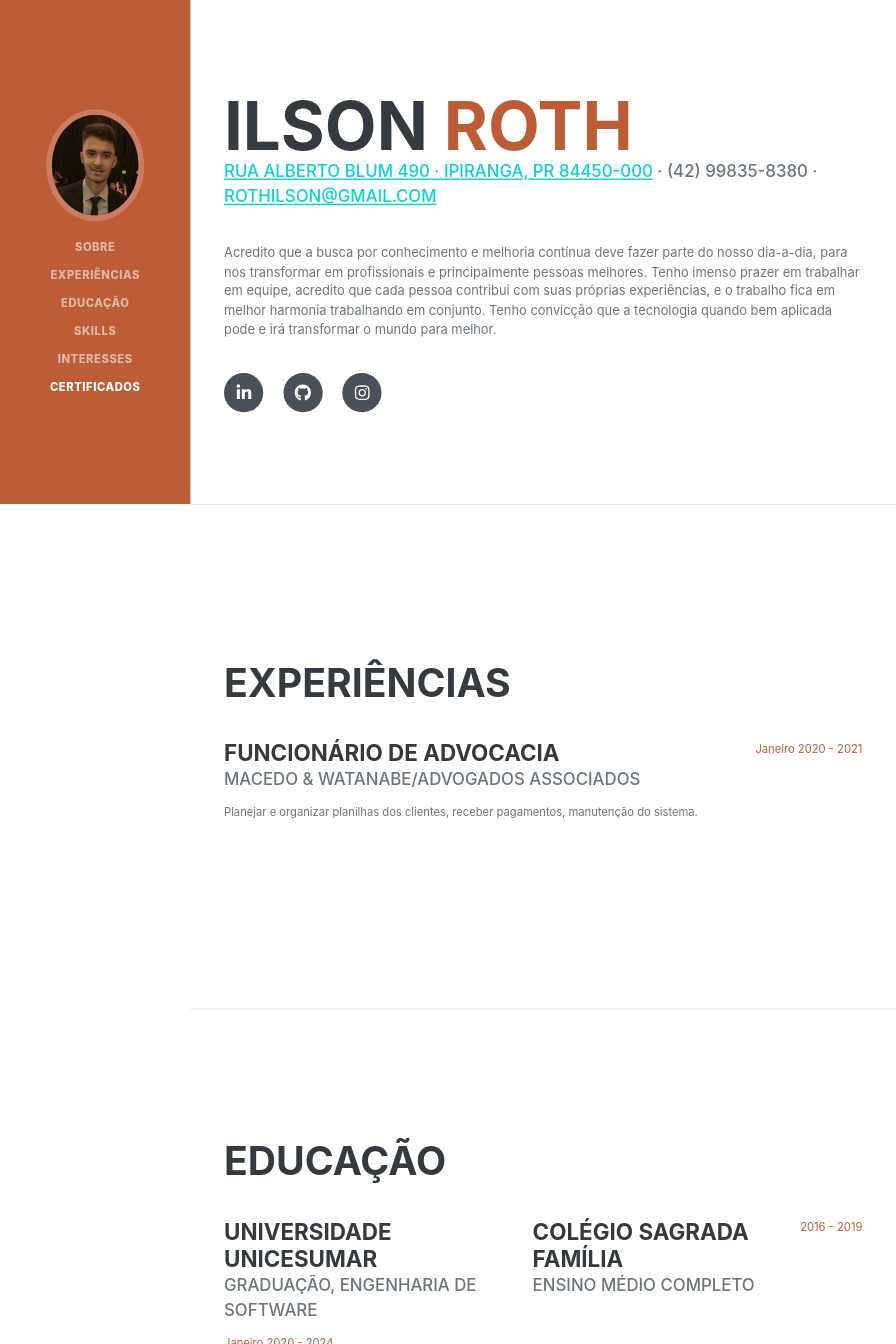
Repository: JuniorRoth/Curriculo-Web
Page: public/index.html
An editor plug-in stored every save of this project. The page is shown before and after the next save, followed by the edit.
The browser window is 1280 px wide. The pictures show the part of the page from y = 0 to 1920 px (the page is 4325 px tall before and 4349 px after), at 70% of full size.
Some web fonts or font styles are not loaded; a fallback is used. Some web libraries are served in a nearby version.

Above is the page before, as saved 2023-02-08 11:02:43.

### public/index.html
<!DOCTYPE html>
<html lang="pt-br">
    <head>
        <meta charset="utf-8" />
        <meta name="viewport" content="width=device-width, initial-scale=1, shrink-to-fit=no" />
        <meta name="description" content="" />
        <meta name="author" content="Ilson Fernando Roth Junior" />
        <title>Currículo Ilson Roth</title>
        <link rel="icon" type="image/x-icon" href="assets/img/favicon.ico" />
        <!-- Font Awesome icons (free version)-->
        <script src="https://use.fontawesome.com/releases/v6.1.0/js/all.js" crossorigin="anonymous"></script>
        <!-- Google fonts-->
        <link href="https://fonts.googleapis.com/css?family=Saira+Extra+Condensed:500,700" rel="stylesheet" type="text/css" />
        <link href="https://fonts.googleapis.com/css?family=Muli:400,400i,800,800i" rel="stylesheet" type="text/css" />
        <!-- Core theme CSS (includes Bootstrap)-->
        <link rel="stylesheet" href="https://unpkg.com/aos@next/dist/aos.css" />
        <link href="css/styles.css" rel="stylesheet" />
    </head>
    <body id="page-top">
        <!-- Navigation-->
        <nav class="navbar navbar-expand-lg navbar-dark bg-primary fixed-top" id="sideNav">
            <a class="navbar-brand js-scroll-trigger" href="#page-top">
                <span class="d-block d-lg-none">Ilson Fernando Roth Junior</span>
                <span class="d-none d-lg-block"><img class="img-fluid img-profile rounded-circle mx-auto mb-2" src="assets/img/profile.jpg" alt="..." /></span>
            </a>
            <button class="navbar-toggler" type="button" data-bs-toggle="collapse" data-bs-target="#navbarResponsive" aria-controls="navbarResponsive" aria-expanded="false" aria-label="Toggle navigation"><span class="navbar-toggler-icon"></span></button>
            <div class="collapse navbar-collapse" id="navbarResponsive">
                <ul class="navbar-nav">
                    <li class="nav-item"><a class="nav-link js-scroll-trigger" href="#about">Sobre</a></li>
                    <li class="nav-item"><a class="nav-link js-scroll-trigger" href="#experience">Experiências</a></li>
                    <li class="nav-item"><a class="nav-link js-scroll-trigger" href="#education">Educação</a></li>
                    <li class="nav-item"><a class="nav-link js-scroll-trigger" href="#skills">Skills</a></li>
                    <li class="nav-item"><a class="nav-link js-scroll-trigger" href="#interests">Interesses</a></li>
                    <li class="nav-item"><a class="nav-link js-scroll-trigger" href="#awards">Certificados</a></li>
                </ul>
            </div>
        </nav>
        <!-- Page Content-->
        <div class="container-fluid p-0">
            <!-- About-->
            <section class="resume-section" id="about">
                <div class="resume-section-content">
                    <h1 class="mb-0">
                        Ilson
                        <span class="text-primary">Roth</span>
                    </h1>
                    <div class="subheading mb-5">
                        <a href="https://www.google.com/maps/search/?api=1&query=Rua Alberto Blum 490 Ipiranga PR 84450-000">Rua Alberto Blum 490 · Ipiranga, PR 84450-000</a> · (42) 99835-8380 ·
                        <a href="mailto:rothilson@gmail.com">rothilson@gmail.com</a>
                    </div>
                    <p class="lead mb-5">Acredito que a busca por conhecimento e melhoria contínua deve fazer parte do nosso dia-a-dia, para nos transformar em profissionais e principalmente pessoas melhores. Tenho imenso prazer em trabalhar em equipe, acredito que cada pessoa contribui com suas próprias experiências, e o trabalho fica em melhor harmonia trabalhando em conjunto. Tenho convicção que a tecnologia quando bem aplicada pode e irá transformar o mundo para melhor.</p>
                    <div class="social-icons">
                        <a class="social-icon" href="https://www.linkedin.com/in/juninho-roth-bb1896225/"><i class="fab fa-linkedin-in"></i></a>
                        <a class="social-icon" href="https://github.com/JuniorRoth"><i class="fab fa-github"></i></a>
                        <a class="social-icon" href="https://www.instagram.com/roth_juninho/?next=%2F"><i class="fab fa-instagram"></i></a>
                    </div>
                </div>
            </section>
            <hr class="m-0" />
            <!-- Experience-->
            <section class="resume-section" id="experience">
                <div class="resume-section-content">
                    <h2 data-aos="fade-right" class="mb-5">Experiências</h2>
                    <div class="d-flex flex-column flex-md-row justify-content-between mb-5">
                        <div class="flex-grow-1">
                            <h3 data-aos="fade-left" class="mb-0">Funcionário de Advocacia</h3>
                            <div data-aos="fade-left" class="subheading mb-3">Macedo & Watanabe/Advogados associados</div>
                            <p data-aos="fade-left" class="mb-0">Planejar e organizar planilhas dos clientes, receber pagamentos, manutenção do sistema.</p>
                        </div>
                        <div class="flex-shrink-0"><span class="text-primary">Janeiro 2020 - 2021</span></div>
                    </div>
                </div>
            </section>
            <hr class="m-0" />
            <!-- Education-->
            <section class="resume-section" id="education">
                <div class="resume-section-content">
                    <h2 data-aos="fade-right" class="mb-5">Educação</h2>
                    <div class="d-flex flex-column flex-md-row justify-content-between mb-5">
                        <div class="flex-grow-1">
                            <h3 data-aos="fade-left" class="mb-0">Universidade Unicesumar</h3>
                            <div data-aos="fade-left" class="subheading mb-3">Graduação, Engenharia de Software</div>
                        <div data-aos="fade-left" class="flex-shrink-0"><span class="text-primary">Janeiro 2020 - 2024</span></div>
                    </div>
                    <div class="d-flex flex-column flex-md-row justify-content-between">
                        <div class="flex-grow-1">
                            <h3 data-aos="fade-left" class="mb-0">Colégio Sagrada Família</h3>
                            <div data-aos="fade-left" class="subheading mb-3">Ensino Médio Completo</div>
                        </div>
                        <div data-aos="fade-left" class="flex-shrink-0"><span class="text-primary">2016 - 2019</span></div>
                    </div>
                </div>
            </section>
            <hr class="m-0" />
            <!-- Skills-->
            <section class="resume-section" id="skills">
                <div class="resume-section-content">
                    <h2 data-aos="fade-right" class="mb-5">Skills</h2>
                    <div data-aos="fade-left" class="subheading mb-3">Programação Linguagens & Ferramentas</div>
                    <ul class="list-inline dev-icons">
                        <li data-aos="fade-left" class="list-inline-item"><i class="fab fa-html5"></i></li>
                        <li data-aos="fade-left" class="list-inline-item"><i class="fab fa-css3-alt"></i></li>
                        <li data-aos="fade-left" class="list-inline-item"><i class="fab fa-js-square"></i></li>
                    </ul>
                    <div data-aos="fade-right" class="subheading mb-3">Trabalho</div>
                    <ul class="fa-ul mb-0">
                        <li>
                            <span data-aos="fade-left" class="fa-li"><i class="fas fa-check"></i></span>
                            Construções de Aplicações Web
                        </li>
                        <li>
                            <span data-aos="fade-left" class="fa-li"><i class="fas fa-check"></i></span>
                            Contruções de Aplicações Responsivas
                        </li>
                        <li>
                            <span data-aos="fade-left" class="fa-li"><i class="fas fa-check"></i></span>
                            Framework - Bootstrap
                        </li>
                    </ul>
                </div>
            </section>
            <hr class="m-0" />
            <!-- Interests-->
            <section class="resume-section" id="interests">
                <div class="resume-section-content">
                    <h2 data-aos="fade-right" class="mb-5">Interesses</h2>
                    <p data-aos="fade-left" class="mb-0">Em busca de uma oportunidade para desenvolver e melhorar meus conhecimentos, e também algo que possa me instruir de forma crescente e contínua, visando sempre o crescimento entre mim e a empresa.</p>

                    <p data-aos="fade-left" class="mb-0">Meu objetivo é atuar na área de TI, preferencialmente como programador(Front-End).</p>
                </div>
            </section>
            <hr class="m-0" />
            <!-- Awards-->
            <section class="resume-section" id="awards">
                <div class="resume-section-content">
                    <h2 data-aos="fade-right" class="mb-5">Certificados</h2>
                    <ul class="fa-ul mb-0">
                        <li>
                            <span data-aos="fade-left" class="fa-li"><i class="fas fa-trophy text-warning"></i></span>
                            Curso Introdução ao HTML 5.
                        </li>
                        <li>
                            <span data-aos="fade-left" class="fa-li"><i class="fas fa-trophy text-warning"></i></span>
                            Introdução a informática- word, excel, e-mail e internet.
                        </li>
                        <li>
                            <span data-aos="fade-left" class="fa-li"><i class="fas fa-trophy text-warning"></i></span>
                            Curso Web Moderno JavaScript + Projetos.
                        </li>
                    </ul>
                </div>
            </section>
        </div>
        <!-- Bootstrap core JS-->
        <script src="https://cdn.jsdelivr.net/npm/bootstrap@5.1.3/dist/js/bootstrap.bundle.min.js"></script>
        <!-- Core theme JS-->
        <script src="js/scripts.js"></script>
        <script src="https://unpkg.com/aos@next/dist/aos.js"></script>
        <script>
            AOS.init();
        </script>
    </body>
</html>

### public/js/scripts.js
/*!
* Start Bootstrap - Resume v7.0.5 (https://startbootstrap.com/theme/resume)
* Copyright 2013-2022 Start Bootstrap
* Licensed under MIT (https://github.com/StartBootstrap/startbootstrap-resume/blob/master/LICENSE)
*/
//
// Scripts
//

window.addEventListener('DOMContentLoaded', event => {

    // Activate Bootstrap scrollspy on the main nav element
    const sideNav = document.body.querySelector('#sideNav');
    if (sideNav) {
        new bootstrap.ScrollSpy(document.body, {
            target: '#sideNav',
            offset: 74,
        });
    };

    // Collapse responsive navbar when toggler is visible
    const navbarToggler = document.body.querySelector('.navbar-toggler');
    const responsiveNavItems = [].slice.call(
        document.querySelectorAll('#navbarResponsive .nav-link')
    );
    responsiveNavItems.map(function (responsiveNavItem) {
        responsiveNavItem.addEventListener('click', () => {
            if (window.getComputedStyle(navbarToggler).display !== 'none') {
                navbarToggler.click();
            }
        });
    });

});

Loaded but not shown: public/css/styles.css (library)

After the next save:
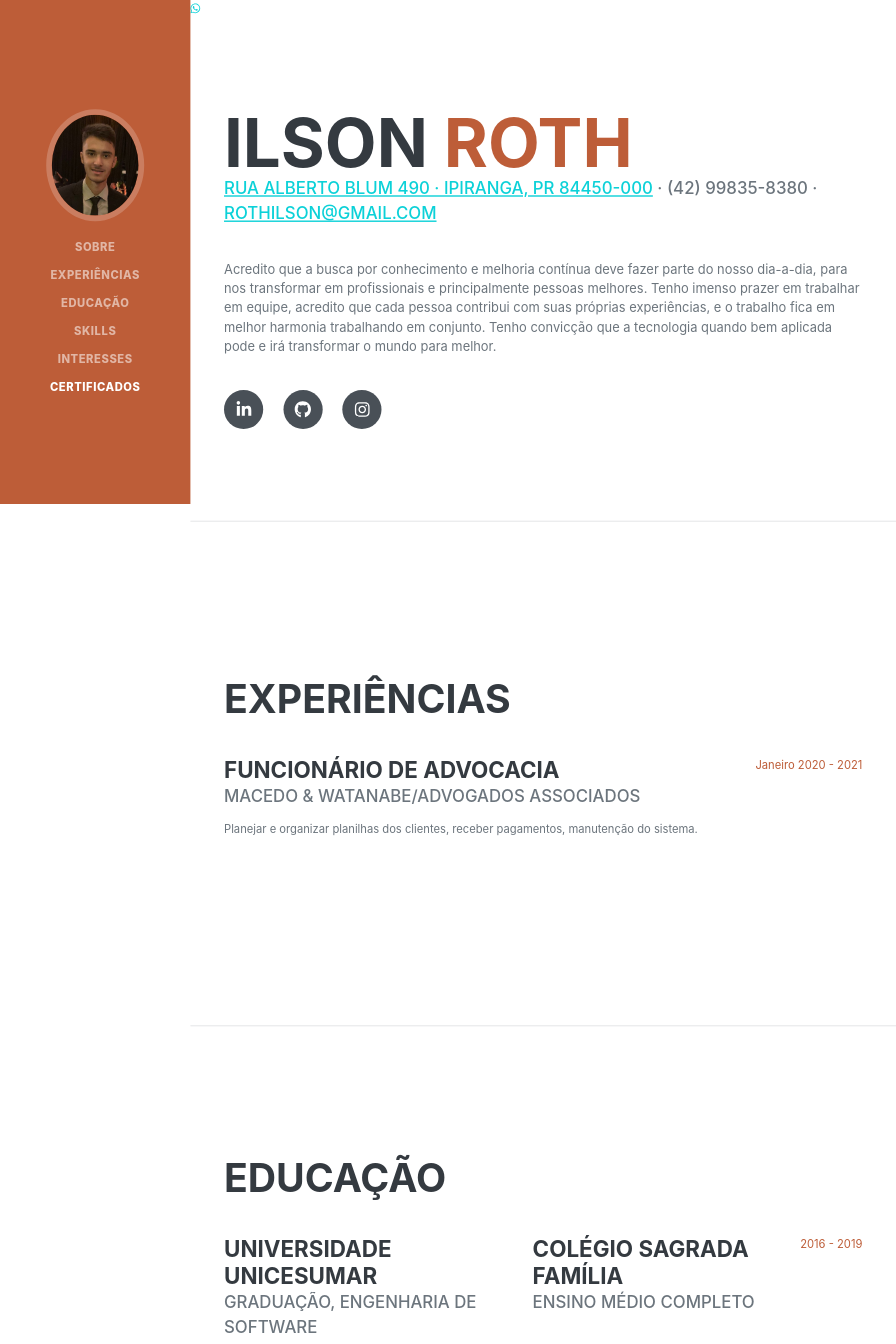
Not found: public/css/mystyle.css
Saved 65 s later.
--- a/public/index.html
+++ b/public/index.html
@@ -15,8 +15,14 @@
         <!-- Core theme CSS (includes Bootstrap)-->
         <link rel="stylesheet" href="https://unpkg.com/aos@next/dist/aos.css" />
         <link href="css/styles.css" rel="stylesheet" />
+        <link href="css/mystyle.css" rel="stylesheet" />
     </head>
     <body id="page-top">
+
+        <!-- fab-->
+        <div>
+            <a class="social-icon icon-fab" href="https://www.linkedin.com/in/juninho-roth-bb1896225/"><i class="fab fa-whatsapp"></i></a>
+        </div>
         <!-- Navigation-->
         <nav class="navbar navbar-expand-lg navbar-dark bg-primary fixed-top" id="sideNav">
             <a class="navbar-brand js-scroll-trigger" href="#page-top">
